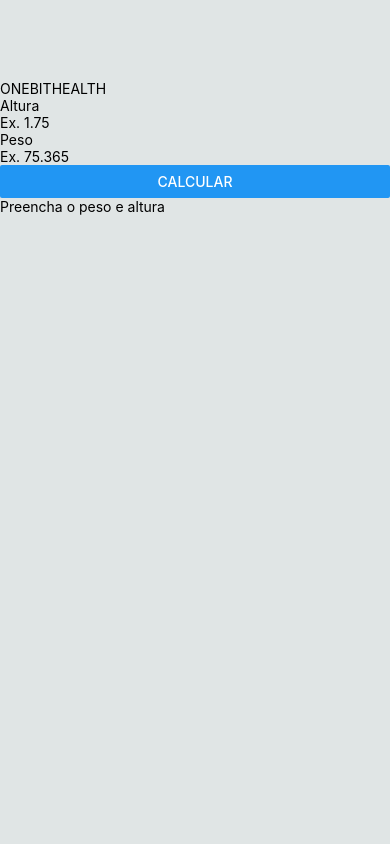
Repository: GustavoMSevero/onebithealth
Screen: /
The author's editor kept a copy of each file at every save. The screen is drawn from the files as they stood at one save, then again after a run of saves.
The app was drawn by React Native's web renderer in a window 390 px wide. The project was rebuilt for these pictures with package versions that can differ from the ones it lists, and the page was loaded fresh each time.

Above is the screen before, as saved 2024-09-06 16:09:21.

After the next 2 saves:
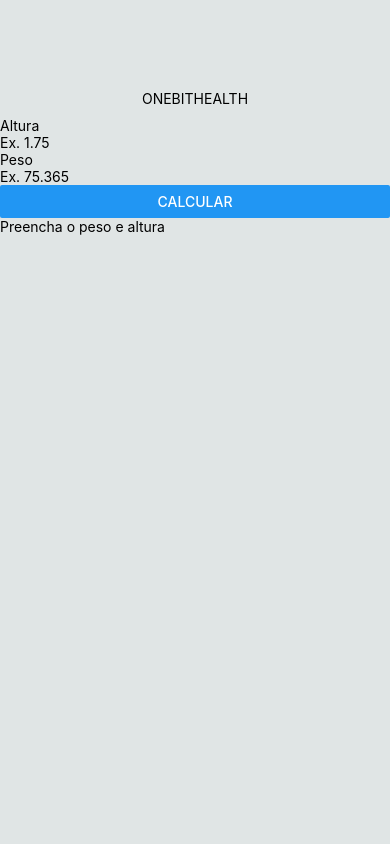
The 2 saves are shown as one change because 1 did not build or start.
The last was saved 54 s later.
--- a/src/components/Title/index.js
+++ b/src/components/Title/index.js
@@ -1,10 +1,10 @@
 import React from "react";
 import { View, Text } from "react-native";
-import style from "./style";
+import styles from "./style";
 
 export default function Title() {
     return(
-        <View >
+        <View style={styles.boxTitle}>
             <Text>ONEBITHEALTH</Text>
         </View>
     );
